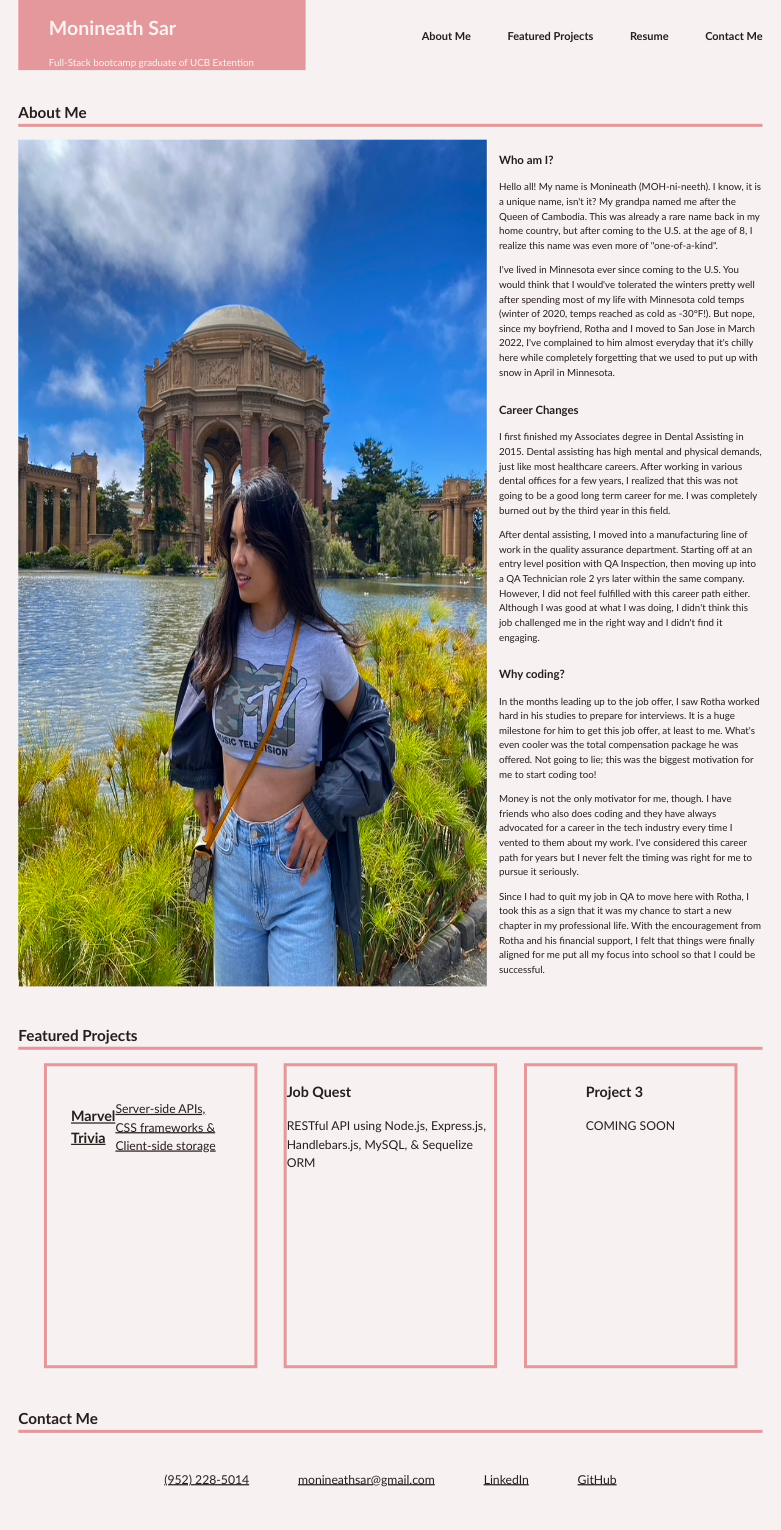
Repository: monineathsar/Challenge-2
Page: index.html
An editor plug-in stored every save of this project. The page is shown before and after the next save, followed by the edit.
The browser window is 1280 px wide. The pictures show the whole page, at 61% of full size.

Above is the page before, as saved 2022-08-13 13:14:24.

### index.html
<!DOCTYPE html>
<html lang="en">

<head>
    <meta charset="UTF-8">
    <meta http-equiv="X-UA-Compatible" content="IE=edge">
    <meta name="viewport" content="width=device-width, initial-scale=1.0">
    <title>Sar, M. / Full-Stack Developer</title>
    <link rel="stylesheet" href="./assets/css/style.css">
</head>

<body>
    <!--main page header and nav bar-->
    <header>
        <div>
            <h1>Monineath Sar</h1>
            <span>Full-Stack bootcamp graduate of UCB Extention</span>
        </div>
        <nav>
            <a href="#about"><b>About Me</b></a>
            <a href="#projects"><b>Featured Projects</b></a>
            <a href=""><b>Resume</b></a>
            <a href="#contact"><b>Contact Me</b></a>
        </nav>
    </header>
    <main>
        <!--"About me" container-->
        <section id="about" class="page-section">
            <h2>About Me</h2>
            <!--tab links-->
            <div class="aboutMeDiv">
                <img src="./assets/images/profilePic.JPG" alt="Monineath Sar" width="auto" height="auto">
                <!--"Who am I" paragraph-->
                <div class="aboutMeSection">
                    <section id="who">
                        <h3>Who am I?</h3>
                        <p>
                            Hello all! My name is Monineath (MOH-ni-neeth). I know, it is a
                            unique name, isn't it? My grandpa named me after the Queen of Cambodia.
                            This was already a rare name back in my home country, but after coming
                            to the U.S. at the age of 8, I realize this name was even more of "one-of-a-kind".
                        </p>
                        <p>
                            I've lived in Minnesota ever since coming to the U.S.
                            You would think that I would've tolerated the winters pretty well after
                            spending most of my life with Minnesota cold temps (winter of 2020, temps
                            reached as cold as -30°F!). But nope, since my boyfriend, Rotha and I moved to San Jose in
                            March 2022, I've complained to him almost everyday that it's chilly here while completely
                            forgetting that we used to put up with snow in April in Minnesota.
                        </p>
                    </section>
                    <!--"work history" paragraph-->
                    <section id="work">
                        <h3>Career Changes</h3>
                        <p>
                            I first finished my Associates degree in Dental Assisting in 2015. Dental assisting has high
                            mental and physical demands, just like most healthcare careers. After working in various
                            dental offices for a few years, I realized that this was not going to be a good long term
                            career for me. I was completely burned out by the third year in this field.
                        <p>
                            After dental assisting, I moved into a manufacturing line of work in the quality
                            assurance department. Starting off at an entry level position with QA Inspection, then
                            moving up into a QA Technician role 2 yrs later within the same company. However, I did not
                            feel fulfilled with this career path either. Although I was good at what I was doing, I
                            didn't think this job challenged me in the right way and I didn't find it engaging.
                        </p>
                    </section>
                    <!--"why coding" paragraph-->
                    <section id="why">
                        <h3>Why coding?</h3>
                        <p>
                            In the months leading up to the job offer, I saw Rotha worked hard in his studies to prepare
                            for interviews. It is a huge milestone for him to get this job offer, at least
                            to me. What's even cooler was the total compensation package he was offered.
                            Not going to lie; this was the biggest motivation for me to start coding too!
                        </p>
                        <p>
                            Money is not the only motivator for me, though. I have friends
                            who also does coding and they have always advocated for a career in the tech
                            industry every time I vented to them about my work. I've considered this
                            career path for years but I never felt the timing was right for me to pursue it seriously.
                        </p>
                        <p>
                            Since I had to quit my job in QA to move here with Rotha, I took this as a sign that it was
                            my chance to start a new chapter in my professional life. With the encouragement from Rotha
                            and his financial support, I felt that things were finally aligned for me put all my focus
                            into school so that I could be successful.
                        </p>
                    </section>
                </div>
            </div>
        </section>
        <!--Featured Projects Container-->
        <section id="projects" class="page-section">
            <h2>Featured Projects</h2>
            <div class="projectContainer">


                <div class="project1">
                    <a href="https://monineathsar.github.io/Marvel_Trivia1.0/" target="_blank">
                    <h3>Marvel Trivia</h3>
                    <span>Server-side APIs, CSS frameworks & Client-side storage</span>
                    </a>
                </div>


                <a href="https://jobquest.herokuapp.com/" class="projectsBoxes project2" target="_blank">
                    <div>
                        <h3>Job Quest</h3>
                        <span>RESTful API using Node.js, Express.js, Handlebars.js, MySQL, & Sequelize ORM </span>
                    </div>
                </a>

                <a href="" class="projectsBoxes project3">
                    <div>
                        <h3>Project 3</h3>
                        <span>COMING SOON</span>
                    </div>
                </a>
            </div>
        </section>
        <section id="contact" class="page-section">
            <h2>Contact Me</h2>
            <div class="contactMe">
                <a href="tel:+9522285014">(952) 228-5014</a>
                <a href="mailto:monineathsar@gmail.com">monineathsar@gmail.com</a>
                <a href="https://www.linkedin.com/in/monineath-sar-978657236/">LinkedIn</a>
                <a href="https://github.com/monineathsar">GitHub</a>
            </div>
        </section>
    </main>

</body>

</html>

### assets/css/style.css
* {
    box-sizing: border-box;
}
body {
    margin: 0;
    padding: 0;
    font-family: 'Trebuchet MS', 'Lucida Sans Unicode', 'Lucida Grande', 'Lucida Sans', Arial, sans-serif;
    color: #271D1B;
    background-color: #F8F1F1;
    line-height: 1.5;
}
/*Header Flex container*/
header {
    padding: 0px 15px 0px 30px;
    display: flex;
    flex-direction: row;
    justify-content: space-between;
    flex-wrap: wrap;
    align-items: flex-start;
}

/*My name and span message flexbox*/
header div {
    display: flex;
    justify-content: end;
    flex-direction: column;
    flex-wrap: wrap;
    align-items: flex-start;
    color: #F8F1F1;
    padding: 0px 85px 0px 50px;
    margin: 0px;
    background-color: #E5989B;
}

/*Header Nav Flexbox*/
header nav {
    display: flex;
    flex-direction: row;
    flex-wrap: wrap;
    font-size: large;
    margin-top: 30px;
    padding: 0px;
}

/*Header Nav Bar text style*/
nav a {
    margin-left: 30px;
    padding: 15px;
    text-decoration: none;
    color: #271D1B;
}

main {
    margin-top: 10px;
    margin-bottom: 20px;
}

.page-section {
    display: flex;
    flex-direction: column;
    flex-wrap: wrap;
    margin: 20px;
    padding: 10px;
}

h2 {
    border-bottom: 5px solid #E5989B;
    font-size: 25px;
}

/*AboutMe-section container */
.aboutMeDiv {
    display: flex;
    justify-content: flex-start;
    flex-direction: row;
    flex-wrap: nowrap;
}

/*AboutMe flexbox*/
.aboutMeSection {
    display: flex;
    justify-content: flex-start;
    flex-direction: column;
    flex-wrap: wrap;
    align-items: flex-start;
    margin-left: 20px;
}

/*Project-setion container*/
.projectContainer {
    display: flex;
    flex-wrap: wrap;
    flex-direction: row;
    justify-content: space-evenly;
}

/*Each project flexboxes*/
.projectsBoxes {
    display: flex;
    align-items: flex-start;
    justify-content: center;
    padding: 0 0 20px 0;
    margin: 2px;
    text-decoration: none;
    border: 5px solid #E5989B;
    color: #271D1B;
    height: 500px;
    width: 350px;
    background-size: 250%;
}

/*background pics of project flexboxes*/
.project1 {
    display: flex;
    align-items: flex-start;
    justify-content: center;
    padding: 0 0 20px 0;
    margin: 2px;
    text-decoration: none;
    border: 5px solid #E5989B;
    color: #271D1B;
    height: 500px;
    width: 350px;
    background-size: 250%;
}

.project2 {
    background-image: url();
}

.project3 {
    background-image: url();
}
/*Contact me container*/
.contactMe {
    display: flex;
    justify-content: center;
    flex-direction: row;
    align-items: center;
    flex-wrap: wrap;
}
/*contact me nav bar flexbox*/
div a {
    display: flex;
    justify-content: space-between;
    flex-wrap: nowrap;
    align-items: center;
    margin: 20px;
    padding: 20px;
    color: #271D1B;
    font-size: 20px;
}

After the next save:
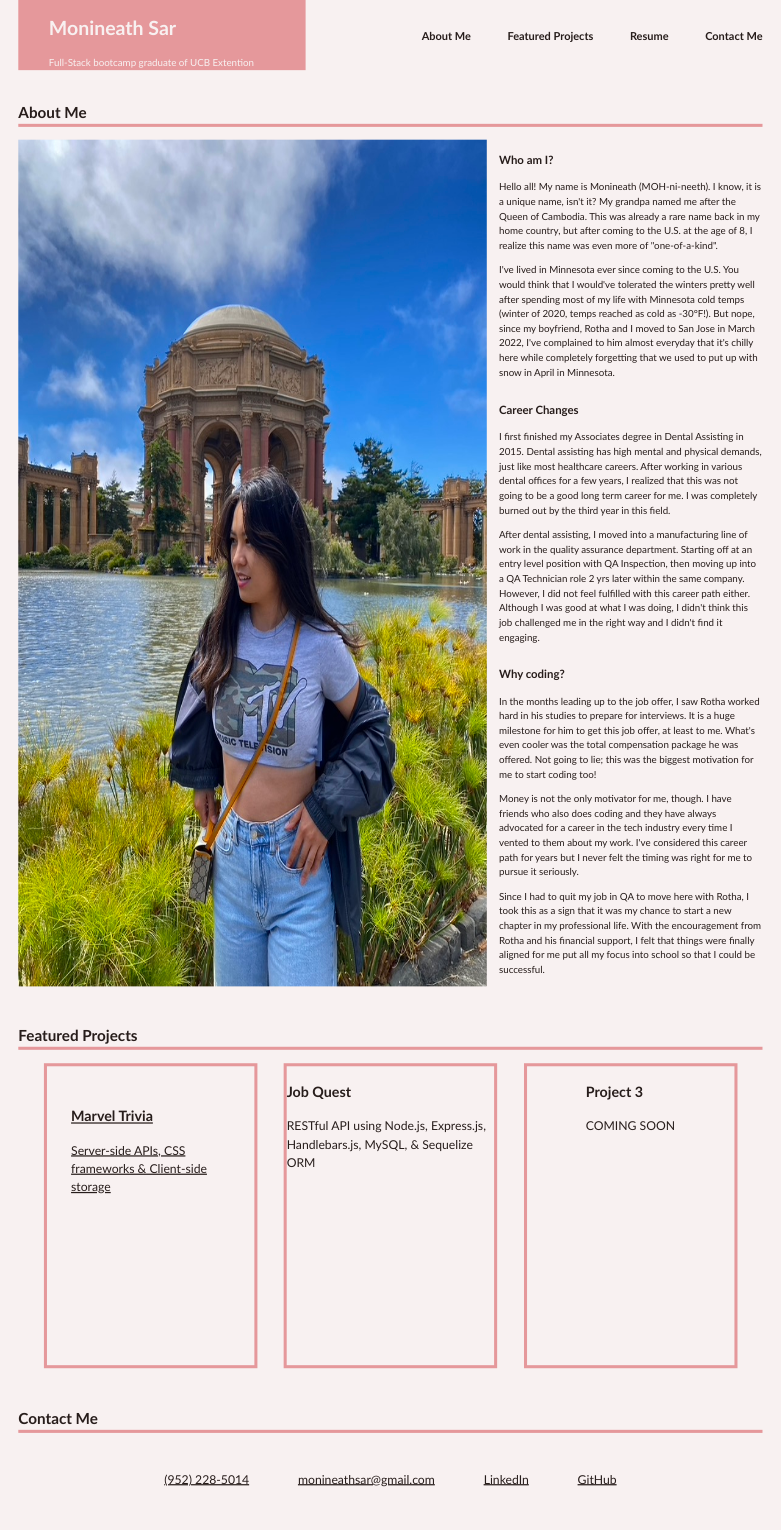
Saved 73 s later.
--- a/index.html
+++ b/index.html
@@ -98,8 +98,10 @@
 
                 <div class="project1">
                     <a href="https://monineathsar.github.io/Marvel_Trivia1.0/" target="_blank">
-                    <h3>Marvel Trivia</h3>
-                    <span>Server-side APIs, CSS frameworks & Client-side storage</span>
+                        <div>
+                        <h3>Marvel Trivia</h3>
+                        <span>Server-side APIs, CSS frameworks & Client-side storage</span>
+                        </div>
                     </a>
                 </div>
 
